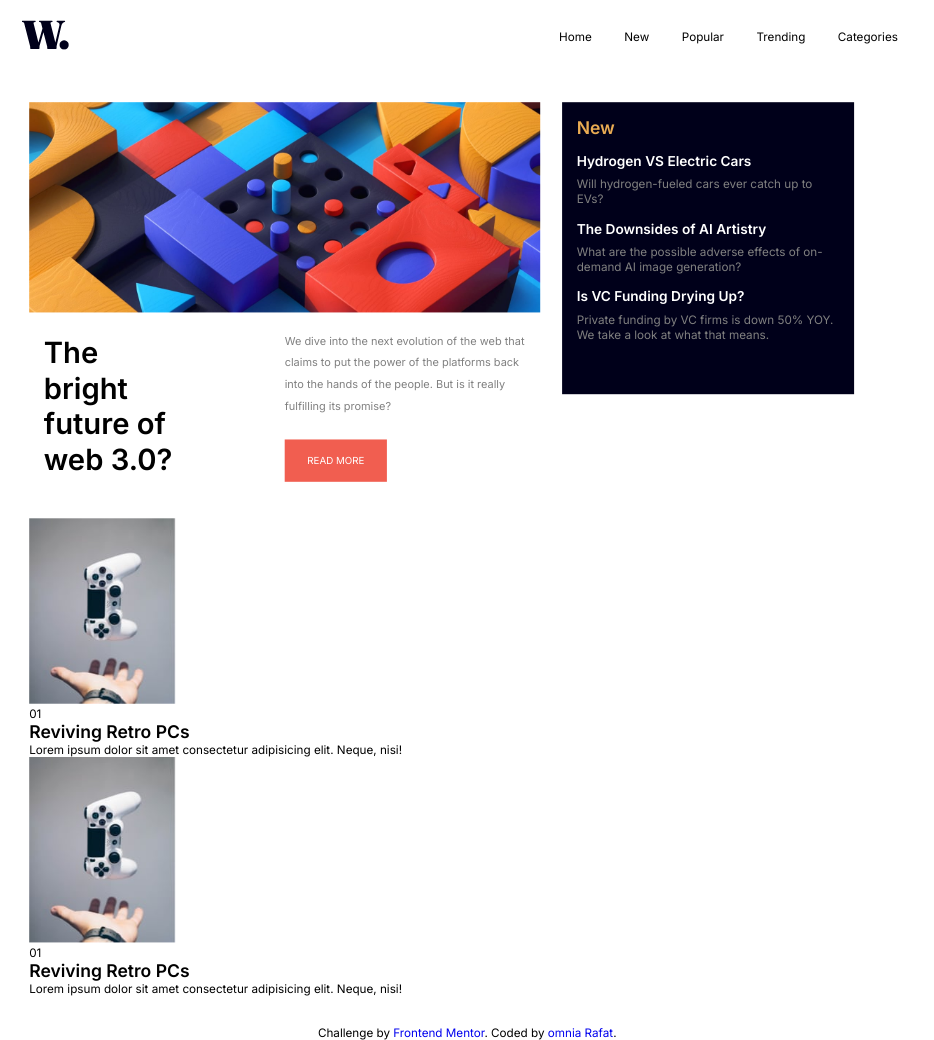
Repository: OmniaRafat232111121/HomePage
Page: index.html
These files come from the project's save history. The page is drawn as it stood at one moment and after a run of saves; the edit follows.
The browser window is 1280 px wide. The pictures show the whole page, at 73% of full size.

Above is the page before, as saved 2022-12-17 17:21:41.

After the next 2 saves:
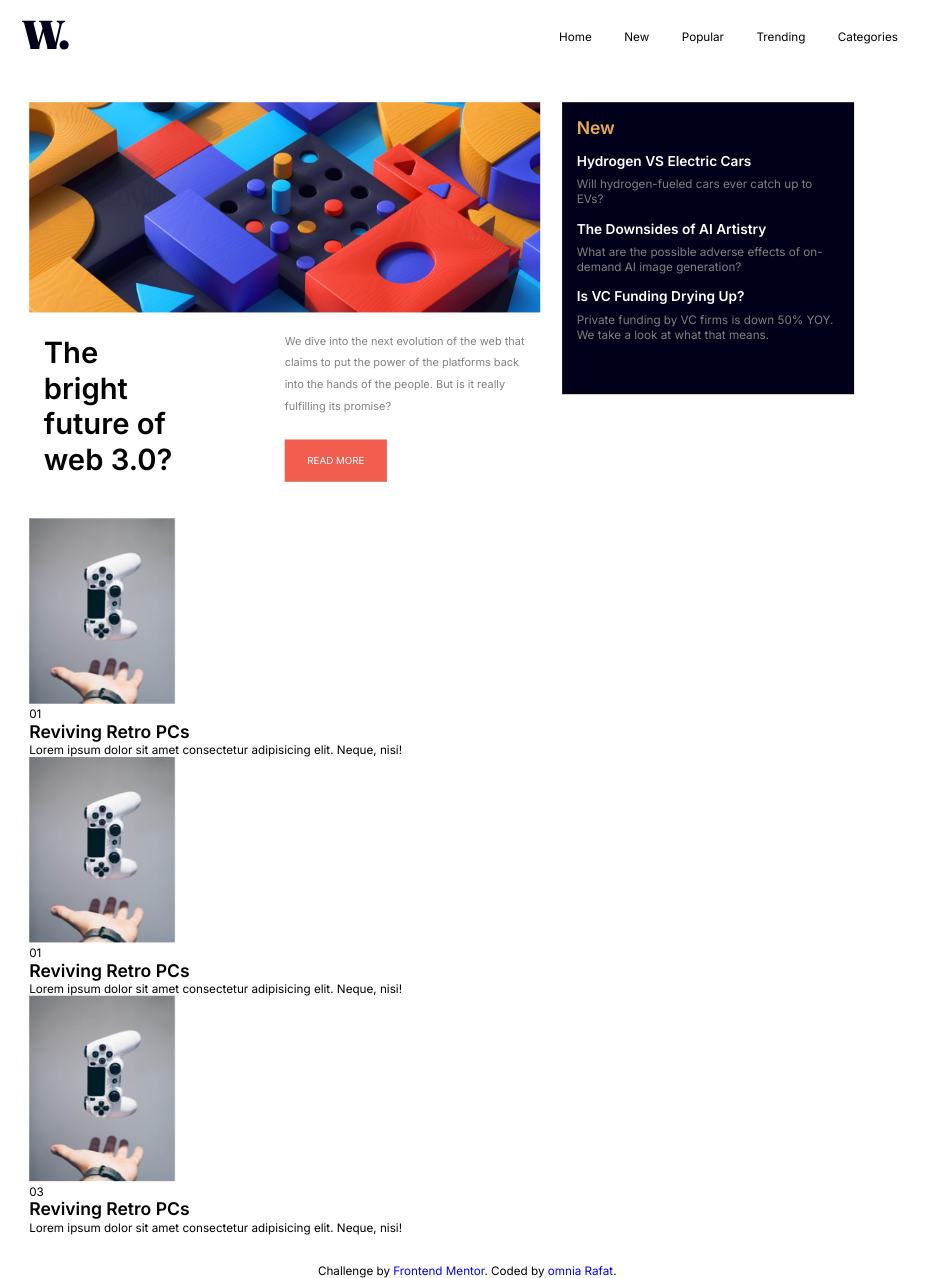
The 2 saves are shown as one change because they came seconds apart.
The last was saved 8 s later.
--- a/index.html
+++ b/index.html
@@ -87,6 +87,17 @@
             </div>
 
         </div>
+        <div class="product">
+        <div class="image">
+            <img src="./assets/images/image-gaming-growth.jpg" alt="j"/>
+            </div>
+            <div class="con">
+              <span>03</span>
+              <h2>Reviving Retro PCs</h2>
+              <p>Lorem ipsum dolor sit amet consectetur adipisicing elit. Neque, nisi!</p>
+            </div>
+
+        </div>
       </div>
 
 
